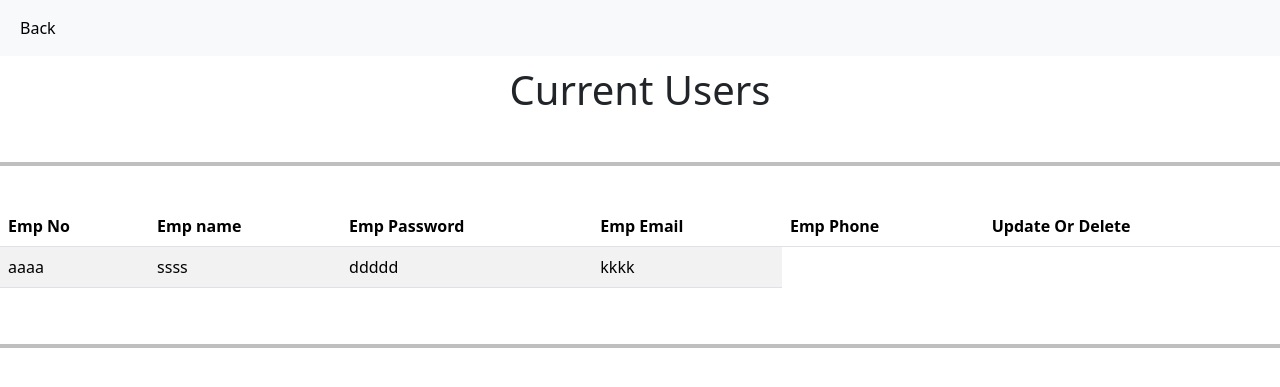
Repository: SachinUthpala/Railway-Reservation
Page: http://localhost/Railway/Curent_sv
An editor plug-in stored every save of this project. The page is shown before and after the next save, followed by the edit.
The browser window is 1280 px wide. The pictures show the whole page.
The page is served by Tomcat 9. Queries for data that is not in the repository find no rows.

Above is the page before, as saved 2023-05-19 19:01:54.

After the next save:
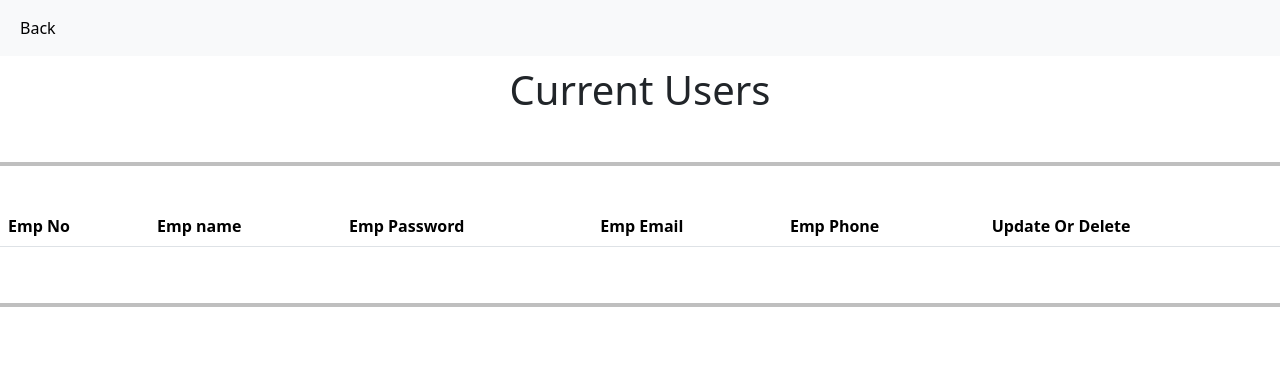
Saved 86 s later.
--- a/Railway/src/main/webapp/Admin/updateAdmin/CurrentAdmins.jsp
+++ b/Railway/src/main/webapp/Admin/updateAdmin/CurrentAdmins.jsp
@@ -48,6 +48,7 @@
   </thead>
   <tbody>
 
+  <%for (int i = 0;i<allres.size();i++){ %>
 
     <tr>
       <td>aaaa</td>
@@ -56,7 +57,7 @@
       <td>kkkk</td>
     </tr>
 
-
+  <%} %>
   </tbody>
 </table>
 
